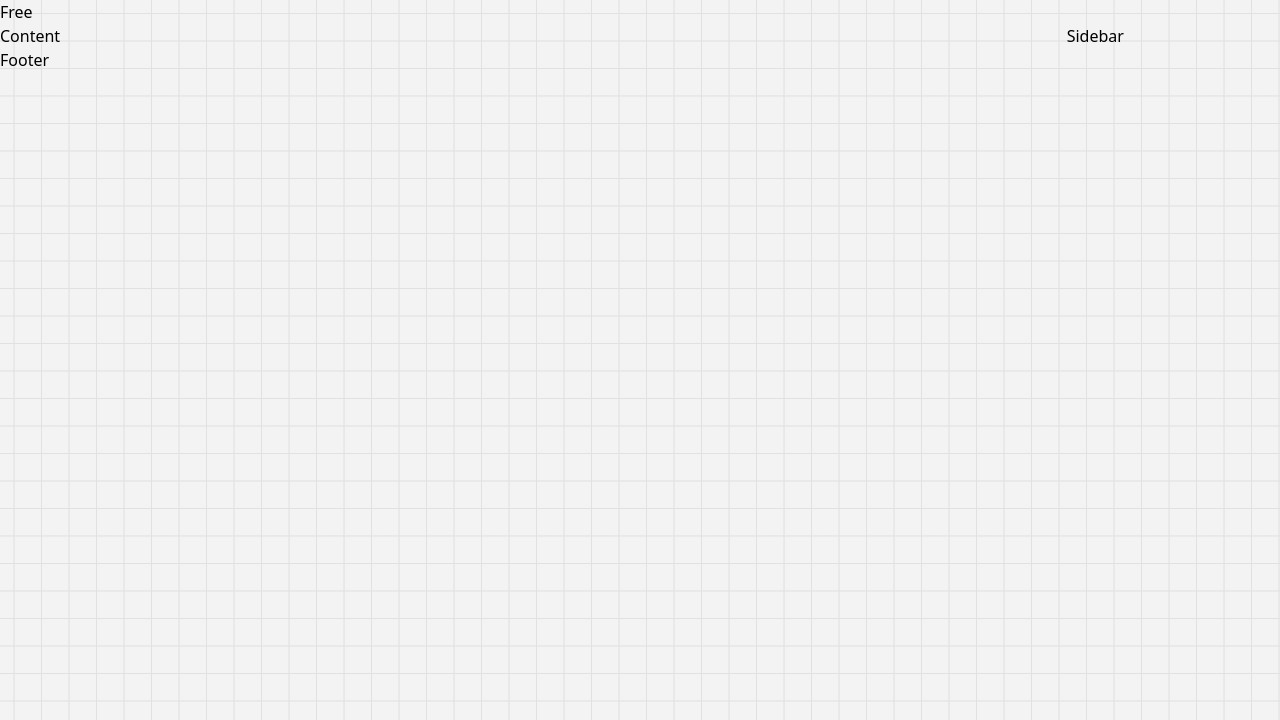
Repository: ItsMe-Pal/something
Page: index.html
An editor plug-in stored every save of this project. The page is shown before and after the next save, followed by the edit.
The browser window is 1280 px wide. The pictures show the whole page.
The style sheet was rebuilt from its Sass, Less or Tailwind sources for each picture, by a compiler version that may differ from the author's.

Above is the page before, as saved 2025-06-22 18:29:18.

After the next save:
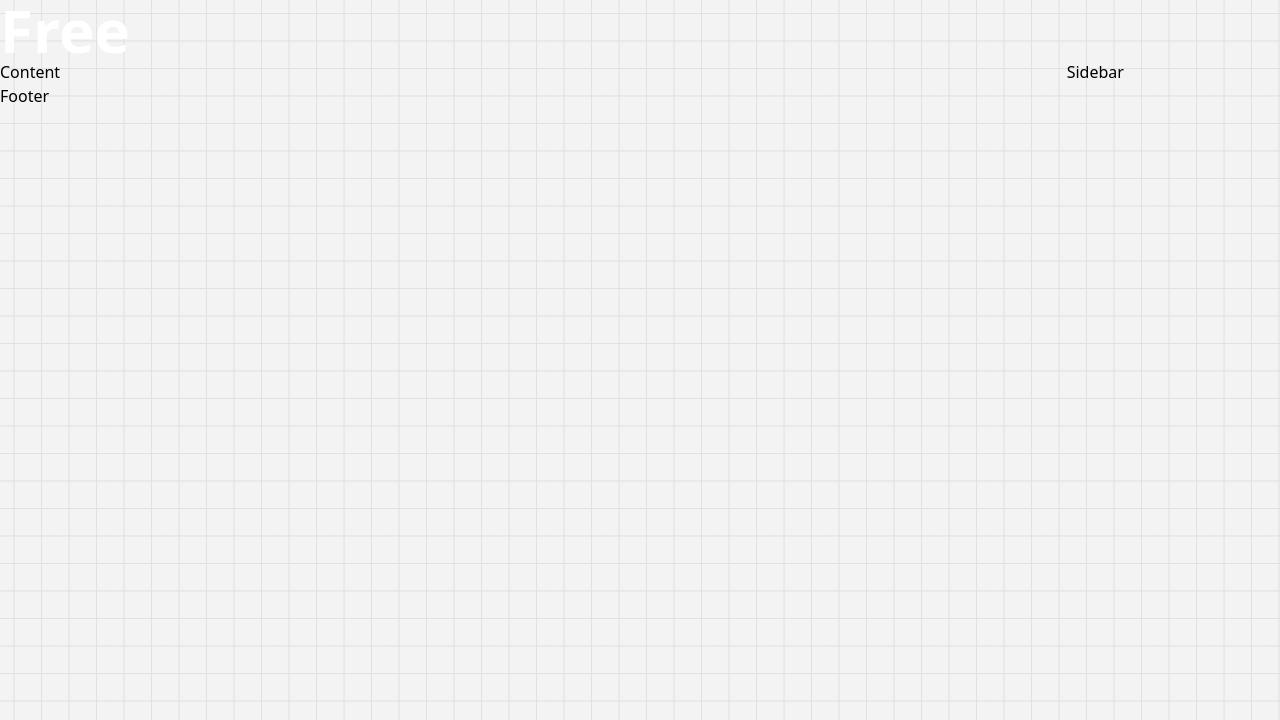
Saved 8 s later.
--- a/styles/main.scss
+++ b/styles/main.scss
@@ -10,3 +10,10 @@
         linear-gradient(90deg, transparent 24%, var(--color) 25%, var(--color) 26%, transparent 27%,transparent 74%, var(--color) 75%, var(--color) 76%, transparent 77%,transparent);
     background-size: 55px 55px;
   }
+
+  .price {
+    font-size: 3.75rem;
+    line-height: 1;
+    font-weight: 700;
+    color: #fff
+  }
